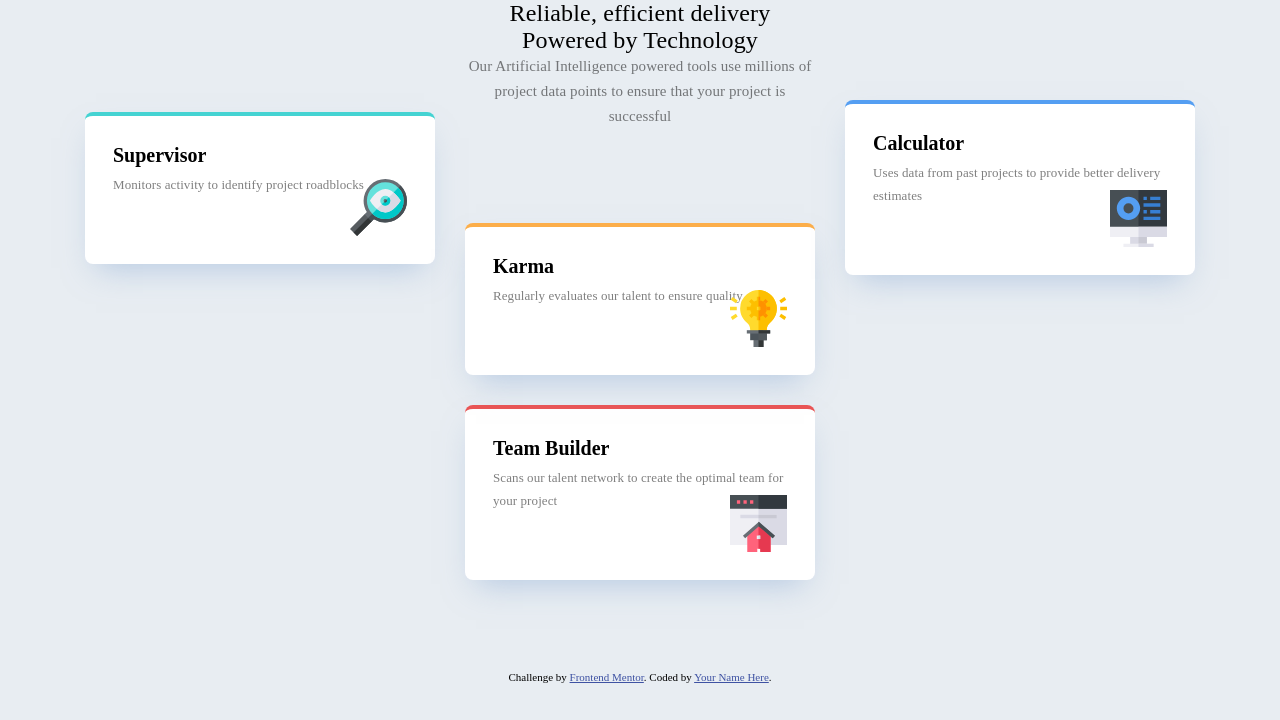
Repository: AngelaMwelu/four-card-page
Page: index.html
These files come from the project's save history. The page is drawn as it stood at one moment and after the next save; the edit follows.
The browser window is 1280 px wide. The pictures show the whole page.

Above is the page before, as saved 2025-05-15 16:31:03.

### index.html
<!DOCTYPE html>
<html lang="en">
<head>
  <meta charset="UTF-8">
  <meta name="viewport" content="width=device-width, initial-scale=1.0"> <!-- displays site properly based on user's device -->

  <link rel="icon" type="image/png" sizes="32x32" href="./images/favicon-32x32.png">
  <link rel="stylesheet" href="style.css">

  <title>Frontend Mentor | Four card feature section</title>
  <!-- Feel free to remove these styles or customise in your own stylesheet 👍 -->


</head>
<body>
  <div class="Card">
    <div class="about">
      <h3>Reliable, efficient delivery</h3>
      <h3>Powered by Technology</h3>

      <p>Our Artificial Intelligence powered tools use millions of project data points
       to ensure that your project is successful</p>
    </div>

    <div class="Supervisor">
      <h4>Supervisor</h4>
      <p>Monitors activity to identify project roadblocks</p>
    </div>

    <div class="Team-Builder">
      <h4>Team Builder</h4>
      <p>Scans our talent network to create the optimal team for your project</p>
    </div>

    <div class="Karma">
      <h4>Karma</h4>
      <p>Regularly evaluates our talent to ensure quality</p>
    </div>

    <div class="Calculator">
      <h4>Calculator</h4>
      <p>Uses data from past projects to provide better delivery estimates</p>
    </div>
  </div>

  <footer>
    <p class="attribution">
      Challenge by <a href="https://www.frontendmentor.io?ref=challenge" target="_blank">Frontend Mentor</a>.
      Coded by <a href="#">Your Name Here</a>.
    </p>
  </footer>
</body>
</html>

### style.css
body{
    background: hsl(210, 29%, 93%);
    display:flex;
    flex-direction:column;
    justify-content:center;
    align-items:center;
    min-height: 100hv;
    box-sizing:border-box;
    margin: 0;
    text-align: center;
}


.Card {
  max-width: 1110px;
  width: 100%;
  margin: 0 auto;
}


.about {
  max-width: 540px;
  margin: 0 auto 64px;
}

.about h3 {
  font-size: 24px;
  font-weight: 275;
  letter-spacing: 0.17px;
  margin: 0;
}
.about p {
  font-size: 15px;
  line-height: 25px;
  letter-spacing: 0.1px;
  opacity: 0.5;
  margin: 0;
}
.Card {
  display: grid;
  grid-template-columns: repeat(3, 1fr);
  gap: 30px;
}

.Supervisor,
.Team-Builder,
.Karma,
.Calculator {
  background: white;
  border-radius: 8px;
  box-shadow: 0 15px 30px -11px rgba(131, 166, 210, 0.5);
  padding: 28px;
  text-align: left;
  position: relative;
  overflow: hidden;
}

.Supervisor { border-top: 4px solid #44d3d2; }
.Team-Builder { border-top: 4px solid #ea5454; }
.Karma { border-top: 4px solid #fcae4a; }
.Calculator { border-top: 4px solid #549ef2; }


.Supervisor {
  grid-row: 1 / 3;
  align-self: center;
}

.Team-Builder {
  grid-column: 2;
}

.Karma {
  grid-column: 2;
  grid-row: 2;
}

.Calculator {
  grid-column: 3;
  grid-row: 1 / 3;
  align-self: center;
}

/* Card content styles */
.Supervisor h4,
.Team-Builder h4,
.Karma h4,
.Calculator h4 {
  font-size: 20px;
  margin: 0 0 6px;
}

.Supervisor p,
.Team-Builder p,
.Karma p,
.Calculator p {
  font-size: 13px;
  line-height: 23px;
  letter-spacing: 0.09px;
  opacity: 0.5;
  margin: 0 0 40px;
}

/* Card icons (add these in your HTML) */
.Supervisor::after,
.Team-Builder::after,
.Karma::after,
.Calculator::after {
  content: '';
  display: block;
  width: 57px;
  height: 57px;
  background-size: contain;
  background-repeat: no-repeat;
  position: absolute;
  right: 28px;
  bottom: 28px;
}

.Supervisor::after { background-image: url('icon-supervisor.svg'); }
.Team-Builder::after { background-image: url('icon-team-builder.svg'); }
.Karma::after { background-image: url('icon-karma.svg'); }
.Calculator::after { background-image: url('icon-calculator.svg'); }

/* ===== Footer ===== */
footer {
  margin-top: 80px;
}

.attribution {
  font-size: 11px;
  text-align: center;
}

.attribution a {
  color: #3e52a3;
}

/* ===== Responsive Design ===== */
@media (max-width: 900px) {
  .Card {
    grid-template-columns: 1fr;
    max-width: 500px;
  }

  .Supervisor,
  .Team-Builder,
  .Karma,
  .Calculator {
    grid-column: 1;
    grid-row: auto;
  }
}

@media (max-width: 375px) {
  body {
    padding: 85px 32px;
  }

  .about {
    margin-bottom: 76px;
  }

  .about h3 {
    font-size: 24px;
  }
}

After the next save:
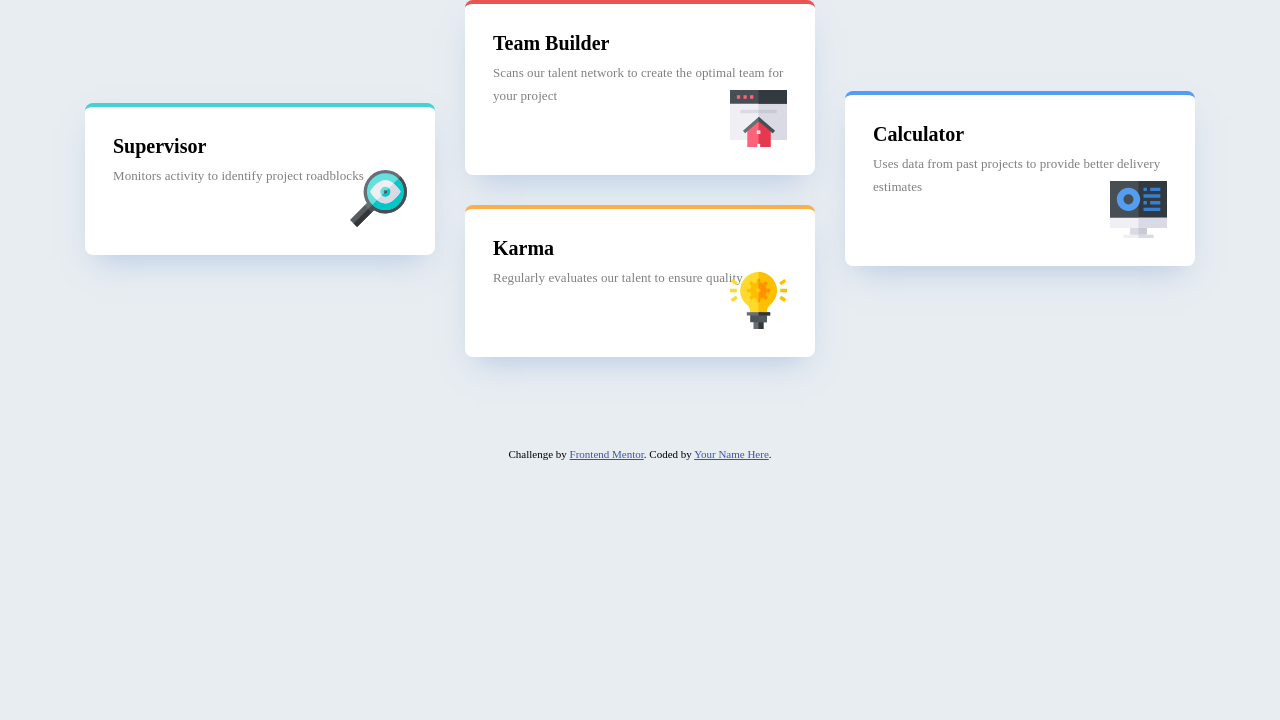
Saved 4 min 9 s later.
--- a/index.html
+++ b/index.html
@@ -14,13 +14,7 @@
 </head>
 <body>
   <div class="Card">
-    <div class="about">
-      <h3>Reliable, efficient delivery</h3>
-      <h3>Powered by Technology</h3>
 
-      <p>Our Artificial Intelligence powered tools use millions of project data points
-       to ensure that your project is successful</p>
-    </div>
 
     <div class="Supervisor">
       <h4>Supervisor</h4>
